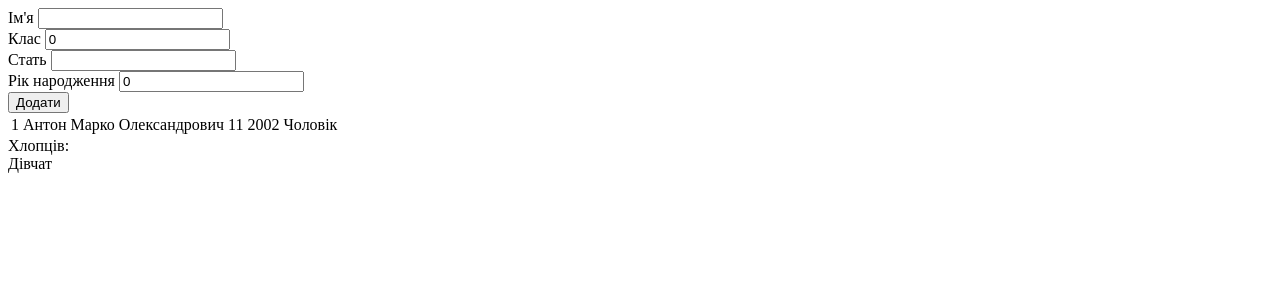
Repository: KYUUBI-K/HTML
Page: За 2 курс/test Vuejs/AddStudent.html
The author's editor kept a copy of each file at every save. The page is drawn from the files as they stood at one save, then again after the next save.
The browser window is 1280 px wide. The pictures show the whole page.

Above is the page before, as saved 2021-09-09 09:42:19.

After the next save:
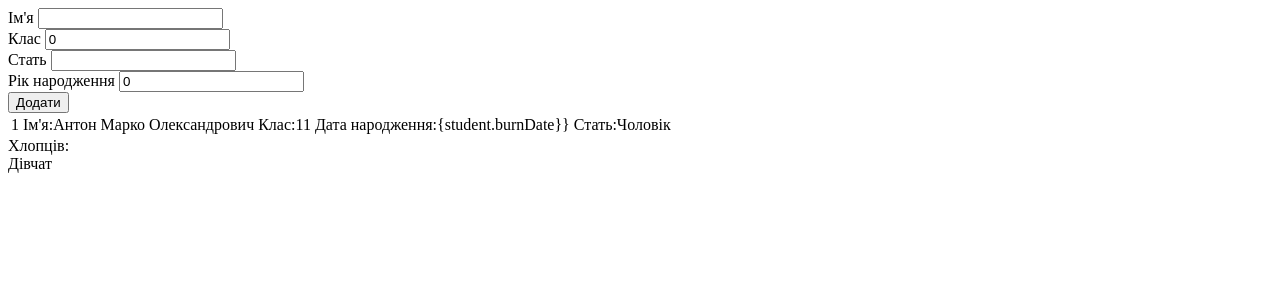
Saved 63 s later.
--- a/За 2 курс/test Vuejs/AddStudent.html
+++ b/За 2 курс/test Vuejs/AddStudent.html
@@ -32,10 +32,10 @@
             <table>
                 <tr v-for="(student,index) in studentList" :key="student.id">
                   <td>{{index+1}}</td>
-                  <td>{{student.name}}</td>
-                  <td>{{student.clas}}</td>
-                  <td>{{student.burnDate}}</td>
-                  <td>{{student.sex}}</td>
+                  <td>Ім'я:{{student.name}}</td>
+                  <td>Клас:{{student.clas}}</td>
+                  <td>Дата народження:{student.burnDate}}</td>
+                  <td>Стать:{{student.sex}}</td>
                 </tr>
             </table>
             <div>Хлопців:</div>
